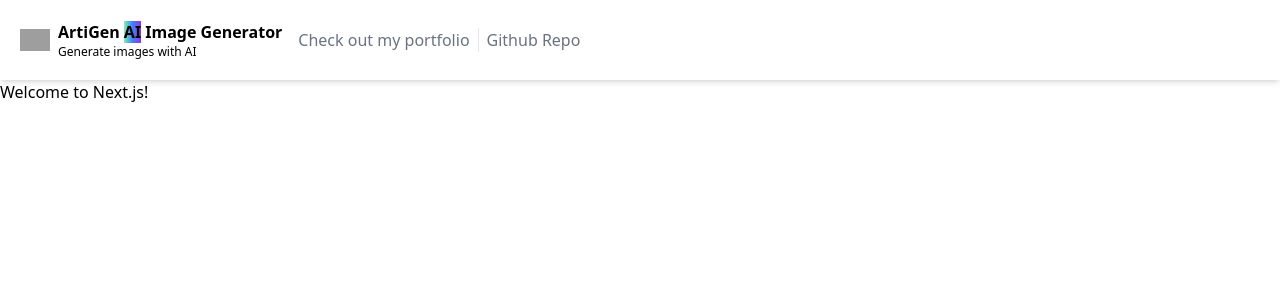
Repository: AlgoHussle/image-generator
Page: /
These files come from the project's save history. The page is drawn as it stood at one moment and after the next save; the edit follows.
The browser window is 1280 px wide. The pictures show the whole page.
Pictures or frames that could not be fetched are drawn as grey boxes. The project was rebuilt for these pictures with package versions that can differ from the ones it lists, and the page was loaded fresh each time. The framework's server and built-in components were replaced by stand-ins that run in the browser. Also part of the build but not shown: next.config.js.

Above is the page before, as saved 2023-04-26 13:11:51.

After the next save:
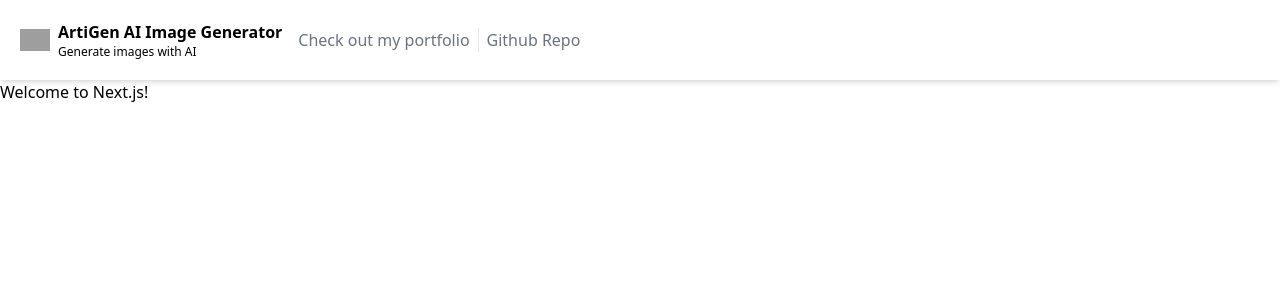
Saved 12 s later.
--- a/components/Header.tsx
+++ b/components/Header.tsx
@@ -17,7 +17,7 @@
 
             <div>
                 <h1 className="font-bold">
-                    ArtiGen <span className="bg-gradient-to-r from-green-300 via-blue-500 to-purple-600">AI</span> Image Generator
+                    ArtiGen <span className="textgradient-to-r from-green-300 via-blue-500 to-purple-600">AI</span> Image Generator
                 </h1>
                 <h2 className="text-xs">
                     Generate images with AI
